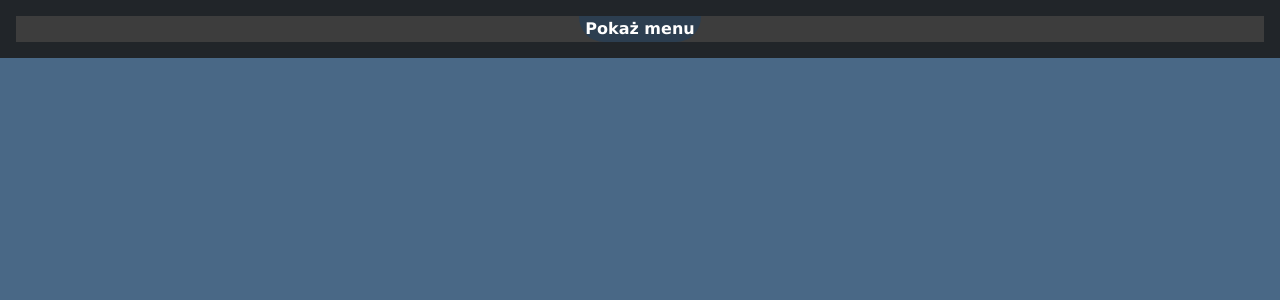
Repository: K4ziWolf/kazi
Page: /
An editor plug-in stored every save of this project. The page is shown before and after the next save, followed by the edit.
The browser window is 1280 px wide. The pictures show the whole page.
The project was rebuilt for these pictures with package versions that can differ from the ones it lists, and the page was loaded fresh each time. Also part of the build but not shown: vue.config.js, src/components/menu_screen.vue, src/components/login_screen.vue, src/components/option_screen.vue.

Above is the page before, as saved 2023-10-20 21:23:04.

After the next save:
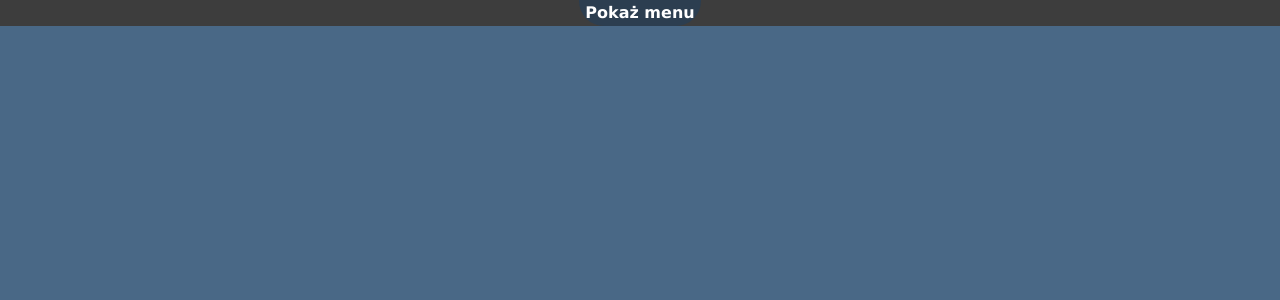
Saved 10 s later.
--- a/src/App.vue
+++ b/src/App.vue
@@ -2,7 +2,7 @@
 <body>
   <section>
   <div id="container">
-    <div class=" flex-column flex-shrink-0 p-3 text-white bg-dark">
+    <div class="d-flex flex-column text-white bg-dark">
     <div class="x-btn"><button class="xd-btn" v-bind:class="open_menu_button " @click="showMenuScreen">Pokaż menu</button>
       <menu_screen v-if="isMenuScreenVisible" @hide-menu-screen="hideMenuScreen" @show-login-screen="showLoginScreen" @change-theme="changeTheme" @option-open="optionOpener">
     </menu_screen>
